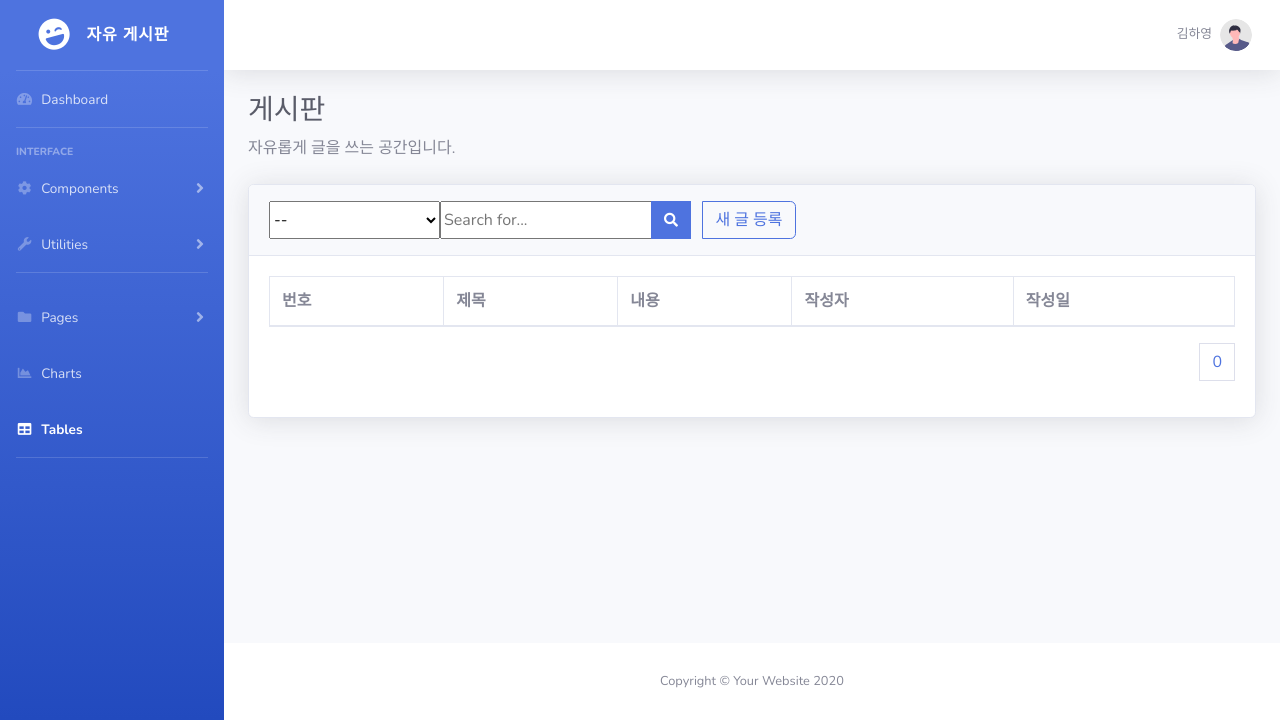
Repository: kimhayoungee/restBoard
Page: http://localhost/board/WEB-INF/views/board/list.jsp
These files come from the project's save history. The page is drawn as it stood at one moment and after the next save; the edit follows.
The browser window is 1280 px wide. The pictures show the whole page.
The page is served by Tomcat 9. Nobody is signed in. The template is opened directly, without the code that normally fills it, so the values that code supplies are empty.

Above is the page before, as saved 2021-03-09 15:50:42.

After the next save:
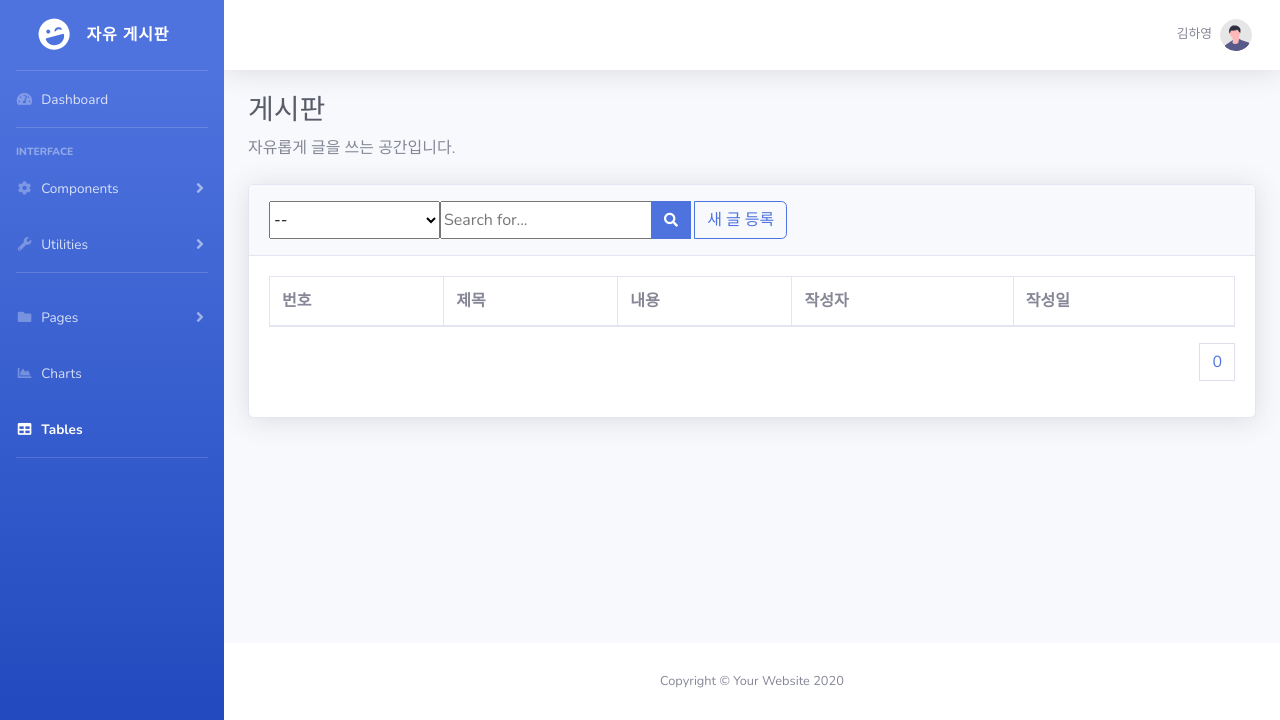
Saved 7 s later.
--- a/board/src/main/webapp/WEB-INF/views/board/list.jsp
+++ b/board/src/main/webapp/WEB-INF/views/board/list.jsp
@@ -254,7 +254,7 @@
 		                                <button class="btn btn-primary" type="button">
 		                                    <i class="fas fa-search fa-sm"></i>
 		                                </button>
-		                                &nbsp;&nbsp;&nbsp;
+		                                &nbsp;
                         				<button id='regBtn' type="button" class="btn btn-outline-primary" >새 글 등록</button>
 		                            </div>
 
